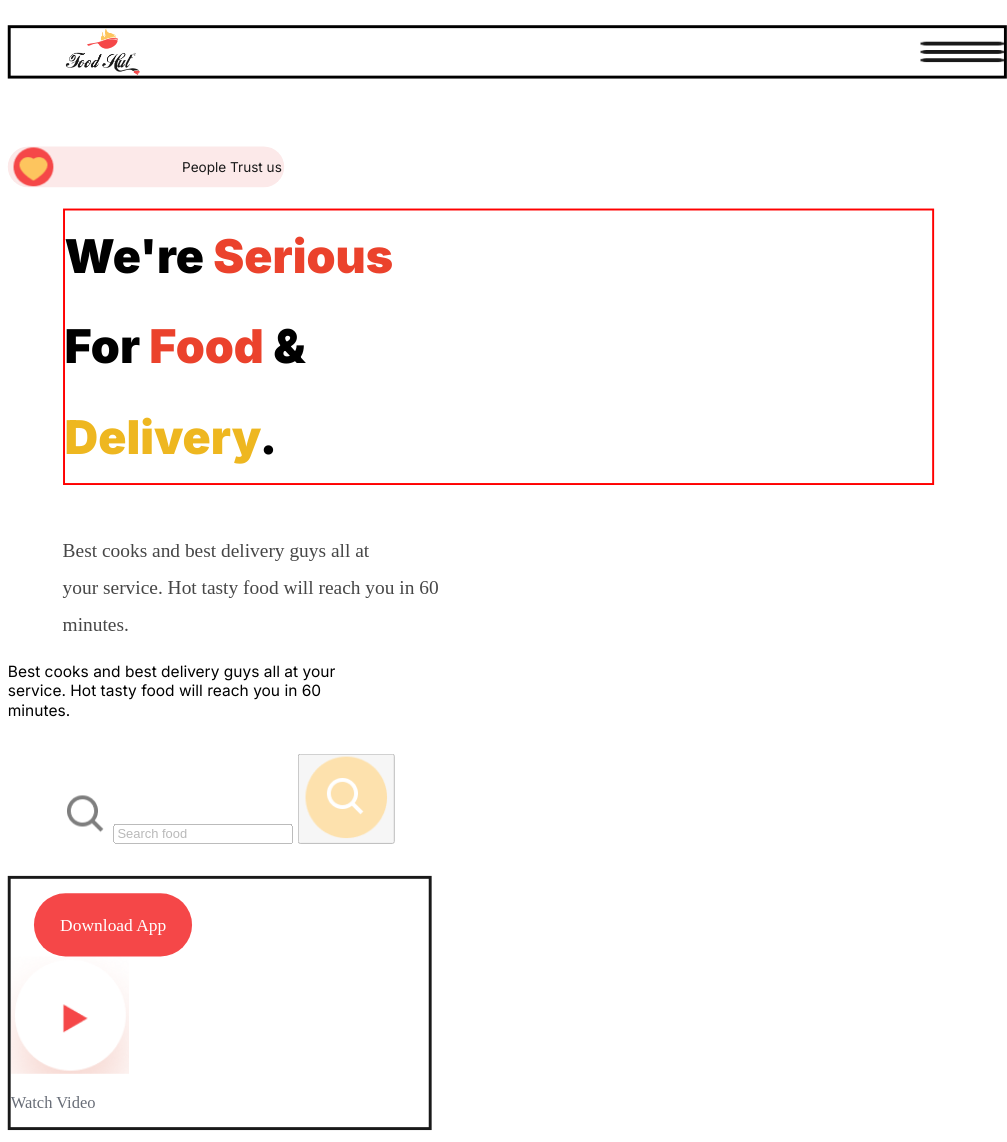
Repository: ReyhanehRahmani/Food-Hut
Page: FoodHut.html
The author's editor kept a copy of each file at every save. The page is drawn from the files as they stood at one save, then again after the next save.
The browser window is 1024 px wide. The page is 1038 px wide, so the pictures cover 1038 px, including what lies to the right of the window. The pictures show the whole page, at 97% of full size.
Some web fonts or font styles are not loaded; a fallback is used.

Above is the page before, as saved 2025-05-28 23:27:02.

### FoodHut.html
<!DOCTYPE html>

<html lang="en">

    <head>

    <meta name="viewport" content="width=device-width, initial-scale=1.0" />

        <title>Food Hut</title>

        <link rel="icon" type="image/jpg" href="favicon.png">

        <link rel="preconnect" href="https://fonts.googleapis.com">

        <link rel="stylesheet" href="FoodHut.css">

        <link rel="preconnect" href="https://fonts.googleapis.com">

        <link rel="preconnect" href="https://fonts.gstatic.com" crossorigin>

        <link href="https://fonts.googleapis.com/css2?family=Inter:ital,opsz,wght@0,14..32,100..900;1,14..32,100..900&display=swap" rel="stylesheet">

        <link rel="preconnect" href="https://fonts.googleapis.com">

        <link rel="preconnect" href="https://fonts.gstatic.com" crossorigin>

        <link href="https://fonts.googleapis.com/css2?family=Sofia+Sans:ital,wght@0,1..1000;1,1..1000&display=swap" rel="stylesheet">

    </head>

    <body>

        <div class="headh">
            <img src="favicon.png" alt="Food Hut logo" class="FoodHutLogo">

            <div class="navlaptop">
                    <p class="mm">Today special offers</p>
                    <p class="mm">Why FoodHut</p>
                    <p class="mm">Our Menu</p>
                    <p class="mm">Our Popular food</p>

            </div>
            <div class="downloadbt"><p>Download App</p></div>
            <img src="slider.png" id="slider">
        </div>



        <div class="maincontainer">
            <div class="container1">

                <div id="HeartBox">
                    <img id="Heart" src="ghalb.png" style="margin-left: 3px;" >
                    <p id="trust">People Trust us</p>
                </div>

                <p id="BigBox1">
                    We're <spsn style="color: rgb(235, 66, 44);">Serious</spsn> <br> For <span style="color: rgb(235, 66, 44);">Food</span> & <br><span style="color: rgb(238, 183, 32);">Delivery</span>.
                </p>
                <p id="BigBox1laptop">
                    We're <spsn style="color: rgb(235, 66, 44);">Serious</spsn>  For <br><span style="color: rgb(235, 66, 44);">Food</span> & <span style="color: rgb(238, 183, 32);">Delivery</span>.
                </p>

                <p id="text1">
                    Best cooks and best delivery guys all at <br>your service. Hot tasty food will reach you in 60<br>minutes.
                </p>
                <p id="text1laptop">
                    Best cooks and best delivery guys all at your <br>service. Hot tasty food will reach you in 60<br>minutes.
                </p>
                <div class="searchbox">
                    <img src="zarebin2.png" id="zarebin2">
                    <input class="inin" type="text" minlength="3" maxlength="30" placeholder="Search food"></input>
                    <button class="butbut"><img src="zarebin.png" id="zarebin"></button>
                </div>


                <div id="PlayBox">
                    <div id="download"><p>Download App</p></div>
                    <div id="bori1">
                    <img src="playb.png" id="PlayButton">
                    <p id="Watch">Watch Video</p>
                    </div>
                </div>

            </div>
            <img src="pic1.png" id="pic1laptop">

        </div>






    </body>

</html>

### FoodHut.css
/*font family - font size - align items like heart*/

@media screen and (max-width: 1279px){



body {
    font-family: "Inter", sans-serif;

}

.headh{
    border: solid;
    display: flex;
    justify-content: space-between;
    width: 100vw;
    height: 6.739130435vh;
    align-items: center;
    margin-top: 2.608695652%;
}


.FoodHutLogo{
    margin-left: 5.607476636%;
    height: 100%;
}

#slider{
    width: 8.411214953%;
    height: 43.548387097%;
}

/*#NavbarSlider{
    margin-top: 41px;
    margin-right: 5.6vw;
    float: right;
    position: fixed;
    border: 2px solid red;
}

.slider{
    width: 36px;
    height: 5px;
    border-radius: 17px;
    display: flex;
    justify-content: space-between;
    flex-direction: column;
    gap: 6px;
    background: rgba(25, 25, 25, 1);
    margin-right: 24px;

}*/

#HeartBox{
    display: flex;
    justify-content: space-between;
    width: 28.226415094%;
    height: 4.261796043%;
    align-items: center;
    border-radius: 100px;
    white-space: nowrap;
    background-color: #fce9e9;
}



#HeartBox{
    display: flex;
    justify-content: space-between;
    gap: 1.438848921%;
    width: 28.226415094%;
    height: 4.261796043%;
    align-items: center;
    border-radius: 100px;
    white-space: nowrap;
    background-color: #fce9e9;
    margin-top: 6.956521739%;
}

#trust{
    font-weight: 400;
    font-size: 0.875rem;
    line-height: 100%;
    letter-spacing: 0%;
    /*align-items: center;
    justify-content: center;*/
    color: rgba(25, 25, 25, 1);
    margin-right: 2px;

}

#Heart{
    position: static;
    width: 14.288489209%;
    height: 71.428571429%;
    padding-left: 1.168224299%;
    align-self: center;
}

#BigBox1{
    width: 88.785046729%;
    height: 21.058315335%;
    align-content: center;
    margin-top: 2.173913043%;
    margin-left: 5.607476636%;
    border: 2px solid red;
    font-weight: 900;
    font-size: 3rem;
    line-height: 195%;
    letter-spacing: 0%;
    font-family: "Inter";
}

/*#Box1Paragragh{
    font-weight: 900;
    font-size: 48px;
    line-height: 195%;
    letter-spacing: 0%;
}*/

#text1{
    width: 88.551401869%;
    height: 8.804347826%;
    margin-top: 4.347826087%;
    margin-left: 5.607476636%;
    opacity: 0.8;
    font-family: Sofia Pro;
    font-weight: 400;
    font-size: 1.25rem;
    line-height: 190%;
    letter-spacing: -1%;
    color: #191919;

}

.searchbox{
    width: 88.785046729%;
    height: 5.869565217%;
    margin-top: 3.47826087%;
    margin-left: 5.607476636%;
    border-radius: 100px;
    border-width: 0.5px;
    font-family: Sofia Pro;
    font-weight: 400;
    font-size: 18px;
    line-height: 100%;
    letter-spacing: -1%;
    opacity: 50%;

}

.search-bar input{

}

.search-bar button{
  border: none;
  padding: 0 15px;
  display: flex;
  align-items: center;
  justify-content: center;
  border-radius: 0 25px 25px 0;
  cursor: pointer;
    flex-wrap: wrap;

}

#download{
    width: 37.85046729%;
    height: 4.859611231%;
    margin-top: 3.695652174%;
    margin-left: 5.607476636%;
    border-radius: 100px;
    background: #F54748;
    font-family: Sofia Pro;
    font-weight: 400;
    font-size: 1.125rem;
    line-height: 100%;
    letter-spacing: 0px;
    text-transform: capitalize;
    color:#FFFFFF;
    text-align: center;
    padding-top: 1.187904968%;
    padding-bottom: 1.187904968%;
    display: inline-block;
}

#PlayBox{
    margin-top: 3.260869565%;
    display: flex;
    justify-content: space-between;
    gap: 4.906542056%;
    width: 42.757009346%;
    height: 5.652173913%;
    margin-right: 6.542056075%;
    position: relative;
    overflow: hidden;
    border: #191919 solid;
    display: inline-block;

}

#PlayButton{
    position: relative;
    width: 28.415300546%;
    height: 100%;
}


#Watch{
    font-family: Poppins;
    font-weight: 500;
    font-size: 1.0625rem;
    line-height: 100%;
    letter-spacing: 0%;
    color: #686D77;

}
.navlaptop{
    display: none;
}

.downloadbt{
    display: none;
}

#BigBox1laptop{
    display: none;
}

#pic1laptop{
    display: none;
}

}


@media screen and (min-width: 1280px){

body{
    position: relative;
}

.headh{
    display: flex;
    position: relative;
    align-items: center;
    margin-top: 2.46343341%;
}

.headh .FoodHutLogo{
    width: 8.402777778%;
    height: 6.004618938%;
    margin-left: 5.46875%;

}

.navlaptop {
    display: flex;
    gap: 7.575757576%;
    align-items: center;
    margin-left: 20.75%;

}

.navlaptop .mm{
    font-family: "Sofia Sans";
    font-weight: 400;
    font-size: 1.125rem;
    line-height: 100%;
    letter-spacing: 0px;
    text-transform: capitalize;
    color: #191919;
    white-space: nowrap;
}

.downloadbt{
    position: absolute;
    width: 11.25%;
    line-height: 100%;
    height: 57.692307692%;
    border-radius: 100px;
    background-color: #F54748;
    font-family: "Sofia Sans";
    text-align: center;
    margin-top: 1px;
    color: #FFFFFF;
    font-weight: 400;
    font-size: 18px;
    letter-spacing: 0px;
    text-transform: capitalize;
    margin-left: 84.513888889%;


}

.maincontainer{
    display: flex;
    justify-content: space-between;


}

.container1{
    margin-left: 4.861111111%;
    display: block;
    align-content: center;

}

#HeartBox{
    display: flex;
    justify-content: space-between;
    width: 28.226415094%;
    height: 4.261796043%;
    align-items: center;
    border-radius: 100px;
    white-space: nowrap;
    background-color: #fce9e9;
}

#trust{
    margin-right: 2px;
}

#BigBox1laptop{
    font-family: "Inter";
    font-weight: 900;
    font-size: 3.625rem;
    line-height: 100%;
    letter-spacing: 0%;
    margin-top: 3.04414003%;

}

#BigBox1{
    display: none;
}

#Heart{
    height: 20px;
    width: 20px;
}

#trust{
    font-family: Inter;
    font-weight: 400;
    font-size: 0.875rem;
    line-height: 100%;
    letter-spacing: 0%;

}

#text1{
    font-family: "Sofia Sans";
    font-weight: 400;
    font-size: 1.5rem;
    line-height: 100%;
    letter-spacing: -1%;
    opacity: 0.8;
    margin-top: 3.877419355%;
    color: #191919;

}


.searchbox{
    border: solid;
    display: flex;
    border-width: 0.5px;
    border-radius: 100px;
    align-items: center;
    height: 8.709677419%;
    margin-top: 4.35483871;

}

.searchbox .inin{
    border: 0px;
    margin-left: 12px;

}

.searchbox .butbut{
    border: 0px;
    background-color: rgba(127, 255, 212, 0);
    margin-left: 41.324840764%;
}

#zarebin{
    height: 42px;
    padding-top: 5px;

}

#zarebin2{
    width: 28px;
    height: 28px;
    margin-left: 15px;

}

#pic1laptop{
    width: 47.847222222%;
    height: auto;
}

#PlayBox{
    display: flex;
    height: 8.387096774%;
    margin-top: 4.838709677%;
    align-items: center;
}

#download{
    width: 33.085106383%;
    height: 86.538461538%;
    border-radius: 100px;
    background-color: #F54748;
    font-family: "Sofia Sans";
    text-align: center;
    margin-top: 1px;
    color: #FFFFFF;
    font-weight: 400;
    font-size: 18px;
    line-height: 100%;
    letter-spacing: 0px;
    text-transform: capitalize;


}

#bori1{
    display: flex;
    margin-left: 8.244680851%;
    height: 100%;
    justify-content: space-between;
    gap: 11.475409836%;
}

#Watch{
    font-family: "Sofia Sans";
    font-weight: 300;
    font-size: 17px;
    line-height: 100%;
    letter-spacing: 0%;
    color: #686D77;
    white-space: nowrap;

}

#PlayButton{
    height: 100%;
}
}

After the next save:
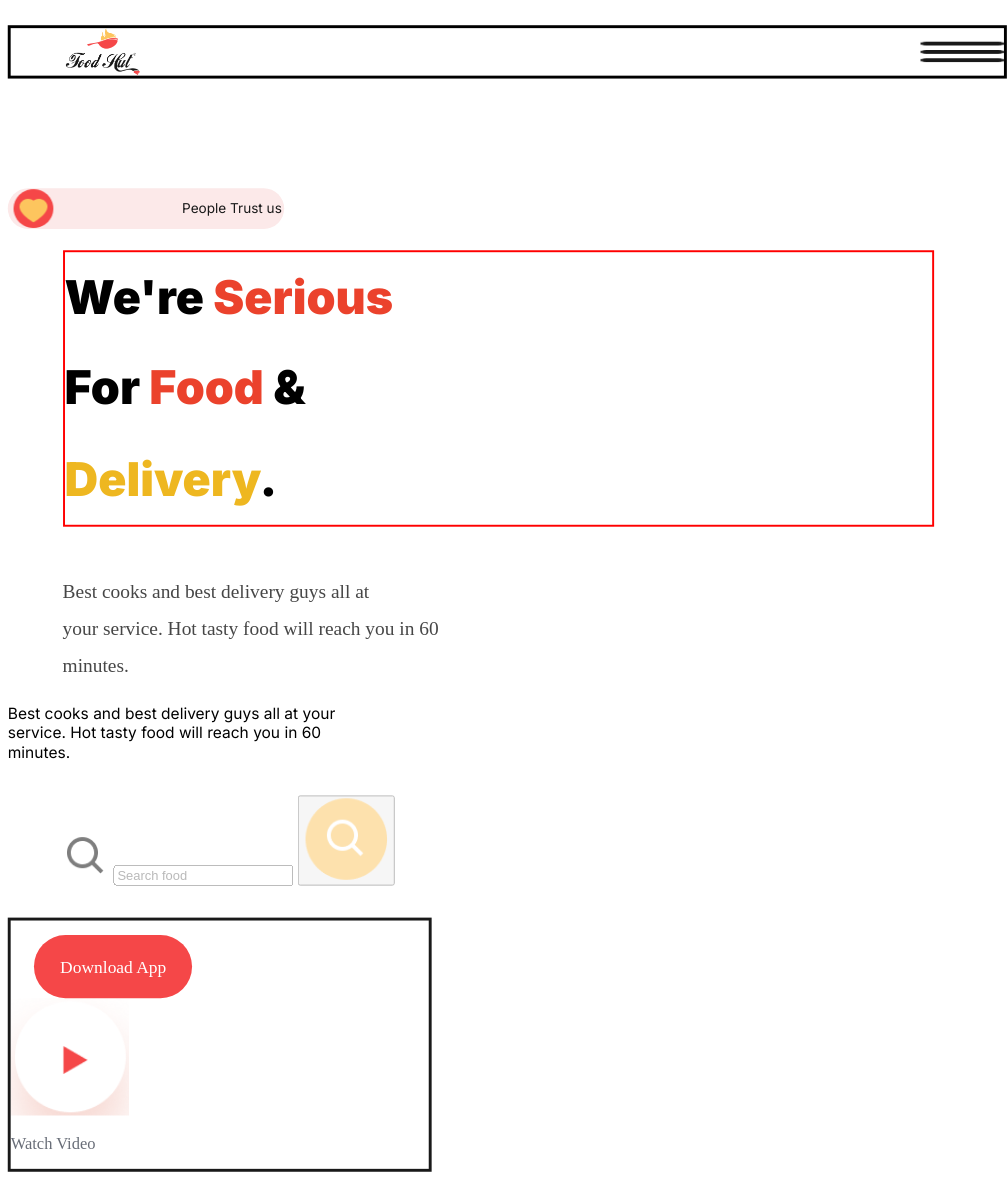
Saved 84 s later.
--- a/FoodHut.css
+++ b/FoodHut.css
@@ -74,7 +74,7 @@ body {
     border-radius: 100px;
     white-space: nowrap;
     background-color: #fce9e9;
-    margin-top: 6.956521739%;
+    margin-top: 11.228070175%;
 }
 
 #trust{
